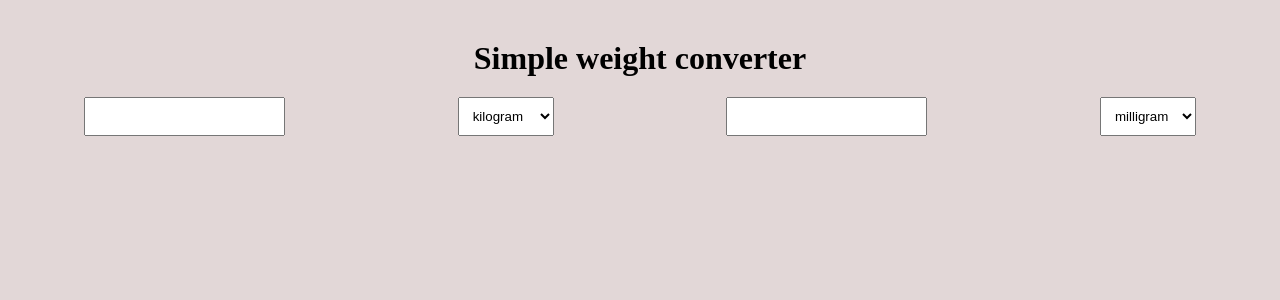
Repository: Eugene44-hub/weight-converter
Page: index.html
The author's editor kept a copy of each file at every save. The page is drawn from the files as they stood at one save, then again after a run of saves.
The browser window is 1280 px wide. The pictures show the whole page.

Above is the page before, as saved 2021-09-20 05:03:10.

After the next 3 saves:
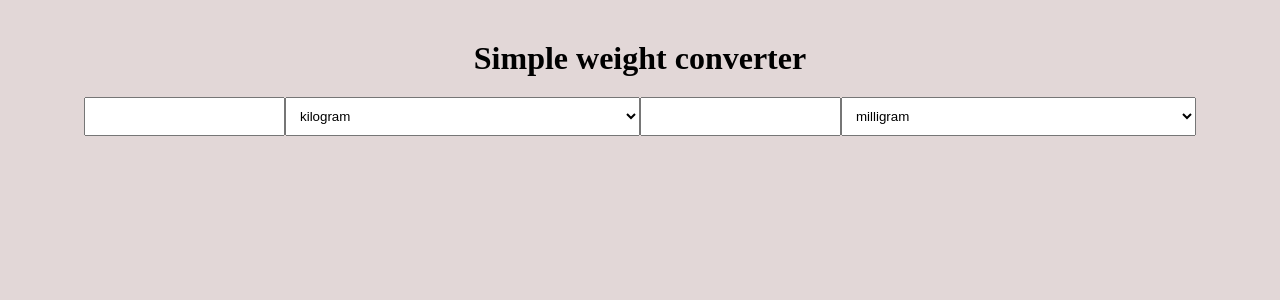
The 3 saves are shown as one change because they came seconds apart.
The last was saved 20 s later.
--- a/style.css
+++ b/style.css
@@ -20,6 +20,7 @@ h1 {
 
 select {
     padding: 10px;
+    flex: 10%;
 }
 
 .converter {
